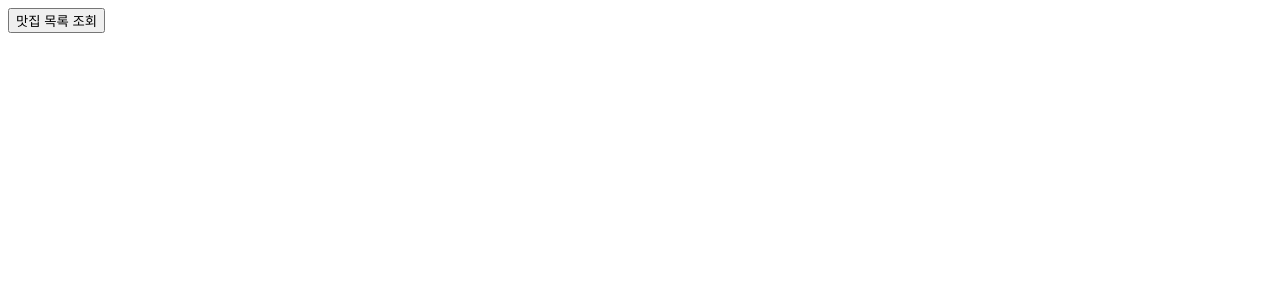
Repository: parkgun6/model2_study
Page: http://localhost/store/
These files come from the project's save history. The page is drawn as it stood at one moment and after the next save; the edit follows.
The browser window is 1280 px wide. The pictures show the whole page.
The page is served by Tomcat 9.

Above is the page before, as saved 2021-01-20 10:05:38.

### store/WebContent/index.jsp
<%@ page language="java" contentType="text/html; charset=UTF-8"
	pageEncoding="UTF-8"%>

<!DOCTYPE html>
<html>
<head>
<meta charset="UTF-8">
<title>Insert title here</title>
</head>
<body>

	<form action="/store/list.jsp" target="_blank">
		<button>맛집 목록 조회</button>
	</form>


</body>
</html>

After the next save:
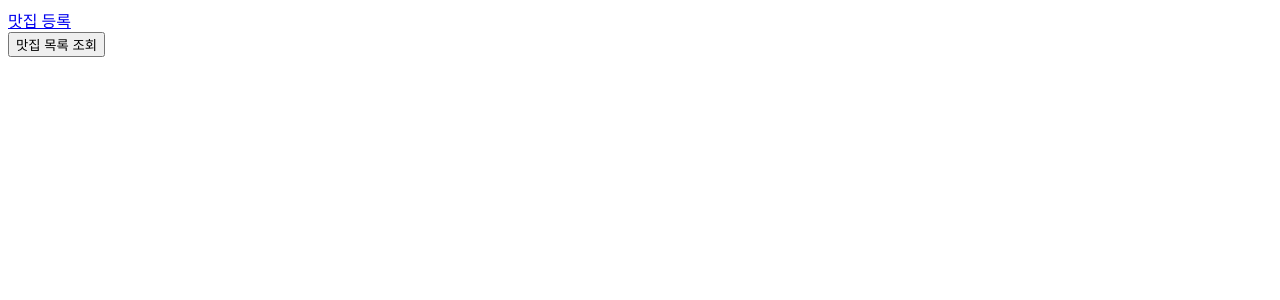
Saved 46 s later.
--- a/store/WebContent/index.jsp
+++ b/store/WebContent/index.jsp
@@ -8,7 +8,7 @@
 <title>Insert title here</title>
 </head>
 <body>
-
+	<a href="/store/register.jsp">맛집 등록</a>
 	<form action="/store/list.jsp" target="_blank">
 		<button>맛집 목록 조회</button>
 	</form>
